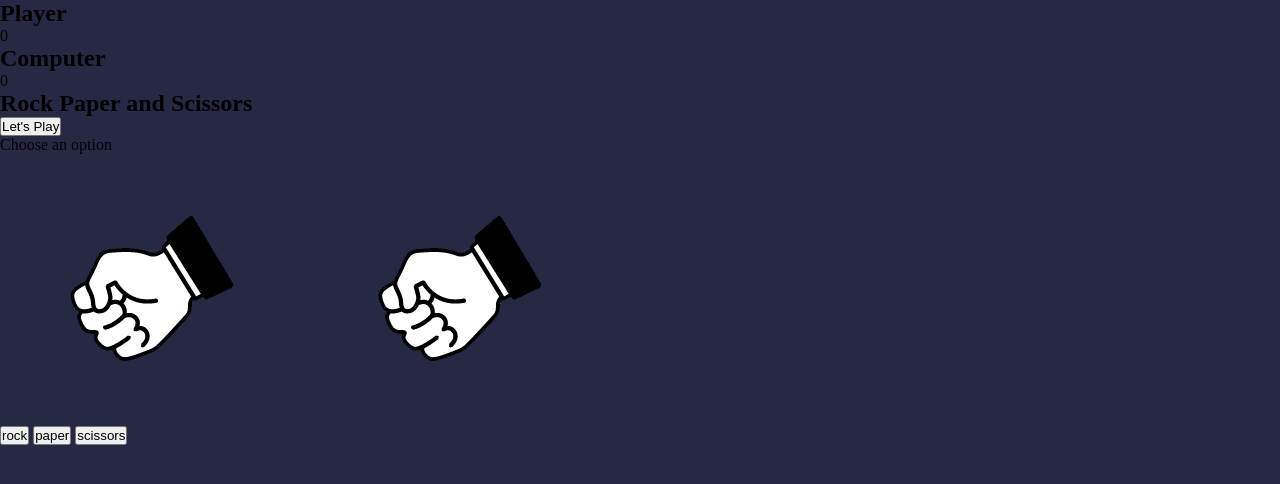
Repository: issaRan/Rock-Paper-Scissors
Page: index.html
An editor plug-in stored every save of this project. The page is shown before and after the next save, followed by the edit.
The browser window is 1280 px wide. The pictures show the whole page.

Above is the page before, as saved 2020-10-23 22:28:10.

### index.html
<!DOCTYPE html>
<html lang="en">
<head>
    <meta charset="UTF-8">
    <meta name="viewport" content="width=device-width, initial-scale=1.0">
    <title>Rock Paper Scissors</title>
    <link rel="stylesheet" href="./style.css">
    <script src="app.js"></script>
</head>
<body>
    <section class="game">
        <div class="score">
            <div class="player-score">
                <h2>Player</h2>
                <p>0</p>
            </div>
            <div class="computer-score">
                <h2>Computer</h2>
                <p>0</p>
            </div>
        </div>
        <div class="intro">
            <h1>Rock Paper and Scissors</h1>
            <button>Let's Play</button>
        </div>
        <div class="match">
            <div class="winner">Choose an option</div>
            <div class="hands">
                <img class="player-hand" src="assets/rock.png" alt="">
                <img class="computer-hand" src="assets/rock.png" alt="">
            </div>
            <div class="option"></div>
                <button class="rock">rock</button>
                <button class="paper">paper</button>
                <button class="scissors">scissors</button>
        </div>
    </section>
</body>
</html>

### style.css
*{
    margin: 0;
    padding: 0;
    box-sizing: border-box;
}

section{
    height: 100vh;
    background-color: rgba(39, 41, 68);
    font-family: 'Times New Roman', Times, serif;
}

Loaded but not shown: app.js (no copy from this time; the picture is the same without it)

After the next save:
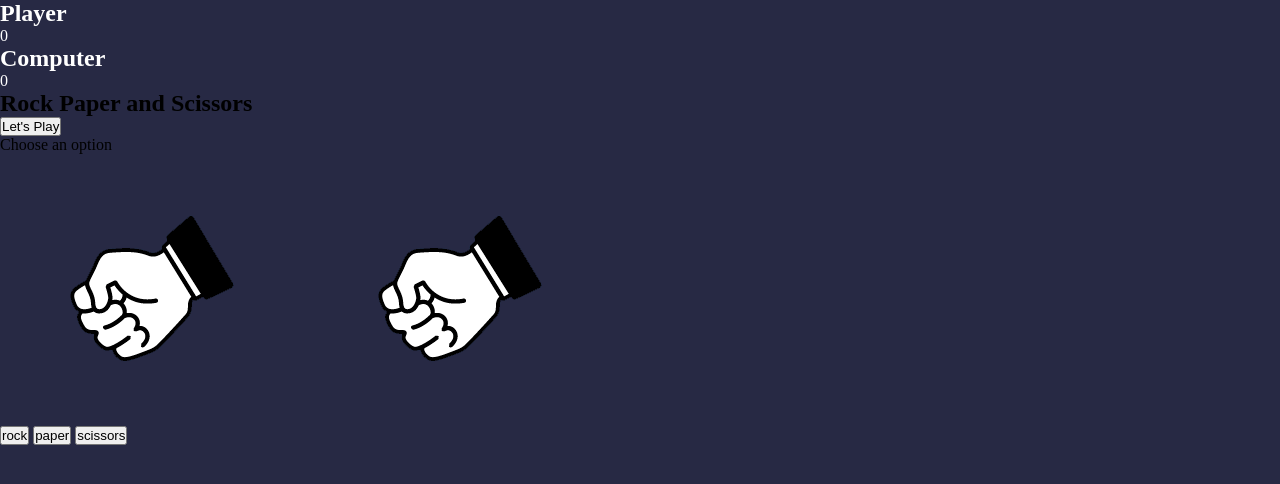
Saved 23 s later.
--- a/style.css
+++ b/style.css
@@ -9,3 +9,6 @@ section{
     background-color: rgba(39, 41, 68);
     font-family: 'Times New Roman', Times, serif;
 }
+.score{
+    color: white;
+}
